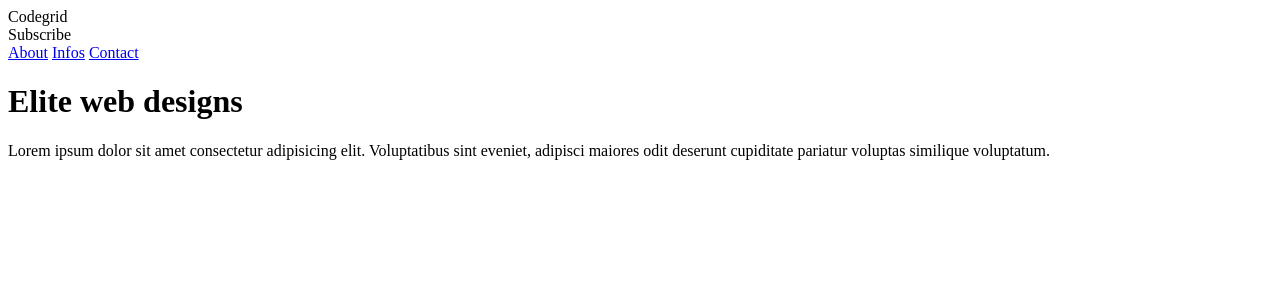
Repository: burhanjawed/Responsive-Slide-Out-Menu
Page: index.html
These files come from the project's save history. The page is drawn as it stood at one moment and after the next save; the edit follows.
The browser window is 1280 px wide. The pictures show the whole page.
Some icons come from a web library that is not loaded, so they are not drawn. Some web libraries are served in a nearby version.

Above is the page before, as saved 2023-11-26 12:45:43.

After the next save:
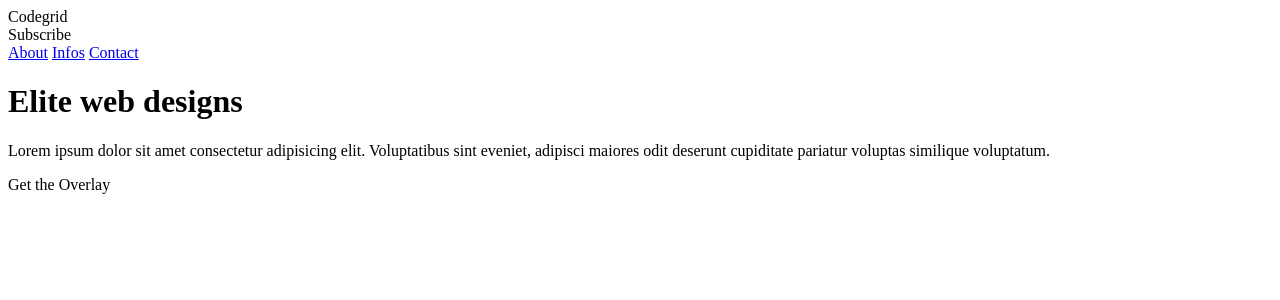
Saved 8 h 2 min later.
--- a/index.html
+++ b/index.html
@@ -28,6 +28,11 @@
           </p>
         </div>
       </div>
+
+      <div class="overlay-toggle">
+        <p>Get the Overlay</p>
+        <p><i class="ph ph-arrow-right"></i></p>
+      </div>
     </div>
     <script src="https://cdnjs.cloudflare.com/ajax/libs/gsap/3.12.2/gsap.min.js"></script>
     <script></script>
